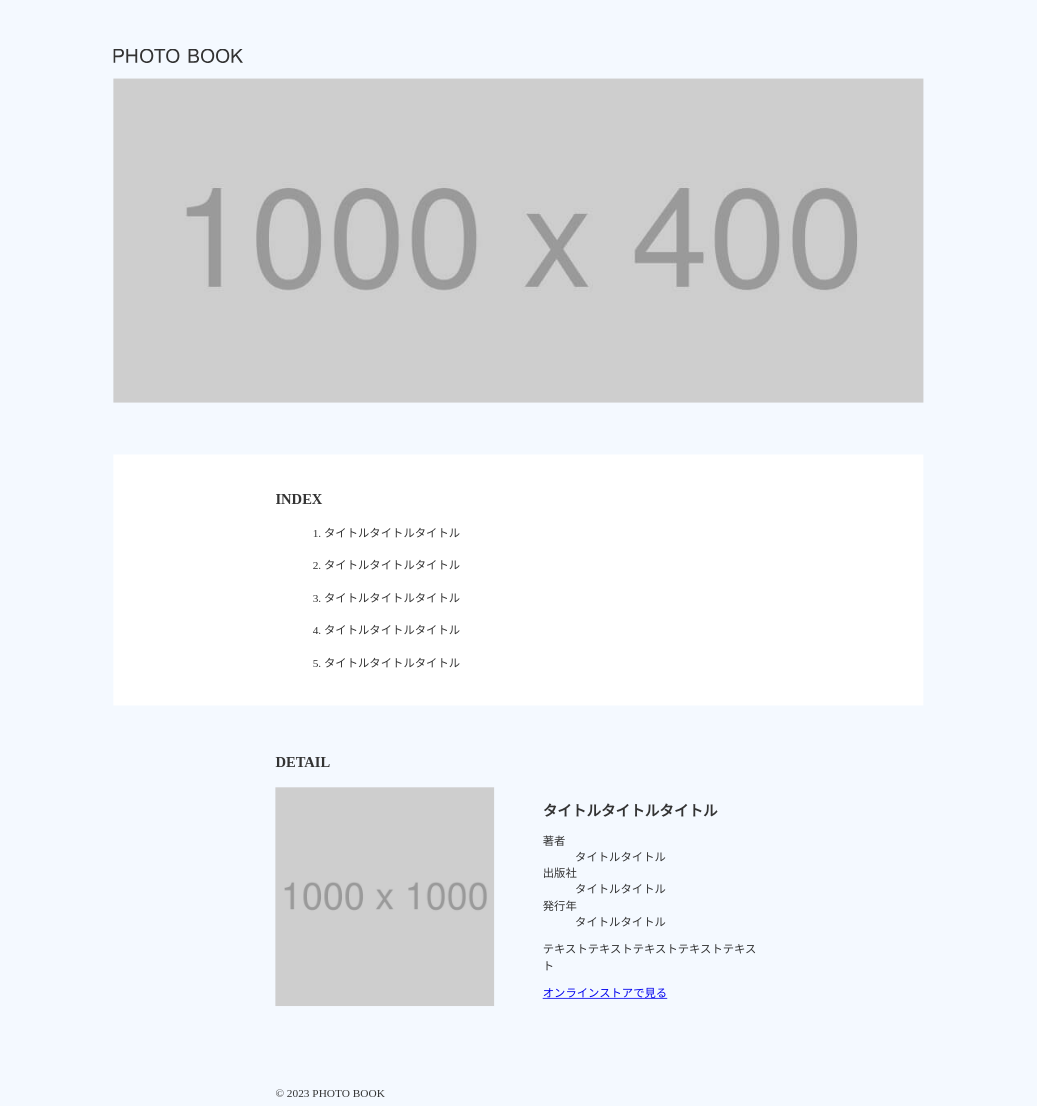
Repository: Fuki-san/photo-book-1
Page: http://localhost/photo
These files come from the project's save history. The page is drawn as it stood at one moment and after a run of saves; the edit follows.
The browser window is 1280 px wide. The pictures show the whole page, at 81% of full size.
The page is served by the project's Laravel application, run on PHP 8.4 with Laravel 10. Other server files are loaded and not shown.

Above is the page before, as saved 2023-11-29 18:54:51.

### routes/web.php
<?php

use Illuminate\Support\Facades\Route;

/*
|--------------------------------------------------------------------------
| Web Routes
|--------------------------------------------------------------------------
|
| Here is where you can register web routes for your application. These
| routes are loaded by the RouteServiceProvider and all of them will
| be assigned to the "web" middleware group. Make something great!
|
*/

Route::get('/', function () {
    return view('welcome');
});

Route::get('photo', function () {
    return view('photo');
});

### resources/views/photo.blade.php
@extends('layouts.main')

@section('title', 'photo')

@section('content')
    <div class="container">
        <header id="header">
            <h1 class="site-title"><a href="#"><img src="img/logo.svg" alt=""></a></h1>
        </header>

        <main>
            <div id="mainvisual">
                <img src="img/mainvisual.jpg" alt="">
            </div>
            <section id="index">
                <div class="inner">
                    <h2 class="sec-title">INDEX</h2>
                    <ol class="index-list">
                        <li>タイトルタイトルタイトル</li>
                        <li>タイトルタイトルタイトル</li>
                        <li>タイトルタイトルタイトル</li>
                        <li>タイトルタイトルタイトル</li>
                        <li>タイトルタイトルタイトル</li>
                    </ol>
                </div>
            </section>

            <section id="detail">
                <div class="inner">
                    <h2 class="sec-title">DETAIL</h2>
                    <div class="content">
                        <img src="img/detail.jpg" alt="">
                        <div class="text">
                            <h2 class="title">タイトルタイトルタイトル</h2>
                            <dl>
                                <dt>著者</dt>
                                <dd>タイトルタイトル</dd>
                                <dt>出版社</dt>
                                <dd>タイトルタイトル</dd>
                                <dt>発行年</dt>
                                <dd>タイトルタイトル</dd>
                            </dl>
                            <p>テキストテキストテキストテキストテキスト</p>
                            <a rel="noopener noreferrer" class="link" target="_blank" href="#">オンラインストアで見る</a>
                        </div>
                    </div>
                </div>
            </section>
        </main>

        <footer id="footer">
            <p class="inner">&copy; 2023 PHOTO BOOK</p>
        </footer>

    </div>
@endsection

### resources/views/layouts/main.blade.php
<!DOCTYPE html>
<html lang="ja">
<head>
    <meta charset="UTF-8">
    <meta name="viewport" content="width=device-width, initial-scale=1.0">
    <meta http-equiv="X-UA-Compatible" content="ie=edge">
    <link rel="stylesheet" href="{{ asset('css/reset.css') }}">
    <link rel="stylesheet" href="{{ asset('css/style.css') }}">
    <link rel="icon" href="img/favicon.ico">
    <title>@yield('title')</title>
</head>
<body>
    @yield('content')
</body>
</html>

### public/css/style.css
@charset "utf-8";

html{
    font-size: 100%;
}
body{
    font-size: 0.875rem;
    color: #333;
    background-color: #f4f9ff;
}
img{
    max-width: 100%;
    /* 画像は文字みたいに最初からサイズが決まっているわけではないので、
    (厳密にいえばテキストも同様で○○remと相対的なサイズにする)小さい画面サイズで
    はみ出したり、大きい画面サイズで余白ができるほど小さい画像にならないように、
    レスポンシブデザインを活かすため、max-width100%をしている */
}
.container{
    /* つまり.containerの子要素は本来、子のブロック要素は親要素と同じ幅になってmarigin autoなんて
    効かないが、1000pxの幅を超えたときに、containerがインライン要素と同じ感じに
    (block要素の幅100%でなく)1000pxという幅を持ち始め、それよりも大きい外側の部分を調整して
    marigin autoが効き、真ん中に来るようになる。
    端的に言えば↓の2つのコードは、幅が1000pxを超えたときに要素が真ん中に来るようにすること */
    /* .containerにも.innerにもmax-widthをする理由は、.innerの幅は
    .containerの1000pxを超えることがないが、それを超えて例えば1200pxのとき、
    .containerは200px分marginを取る。子のsection index(containerと同じ幅)も同様に1000pxcontentになり200px分は
    marginになる。このときでもinnerは600pxの幅を保ち、親のsection(1000px)に対して400px(左右200pxずつ)
    marginを取り、残りの200pxはそもそも範囲外でmarginでさえ対象外だから関係なし。
    つまり最初真ん中にindex要素を配置したいな→indexは600pxまでmainvisualと同じ幅で
    それ以上は画像だけ幅が伸びていく形(T型見たいなデザイン)にしようかな...でmax-widthとmargin autoが決まる */
    max-width: 1000px;
    margin: 0 auto;
}
.inner{
    margin: 0 auto;
    max-width: 600px;
}
.sec-title{
    font-size: 1.125rem;
    font-weight: bold;
    margin-bottom: 20px;
}
/* header */

#header{
    margin-top: 60px;
}
#header .site-title{
    width: 160px;
    /* h1の高さ(厳密にはborderlineだから、文字のaとかだとa文字がmainvisualと重なる。vertical-align bottomにすれば大丈夫だが...)をaやimgと合わせるため。 */
    line-height: 1px;
}
#header a{
    /* h1の範囲をaと合わせるため。これでクリックする範囲をh1と同じにした。
    aの高さはdisplayblockしてない状態だとh1と同じ高さだから、
    aも高さ変更必要でdisplay blockを使用 */
    display: block;
}
/* main */
#mainvisual{
    margin-bottom: 60px;
}
#index{
    background-color: #fff;
    padding: 30px 0;
    margin-bottom: 60px;
}
#index .index-list{
    margin-left: 20px;
}
#index .index-list li{
    margin-bottom: 20px;
}
#index .index-list li:last-child{
    margin-bottom: 0;
}
/* detaill */
#detail{
    margin-bottom: 100px;
}
.content{
    display: flex;
    align-items: flex-start;
}
#detail .content .title{
    font-size: 1.125rem;
    font-weight: bold;
}
#detail .content img{
    width: 270px;
    margin-right: 60px;
}

### public/img/logo.svg
<?xml version="1.0" encoding="utf-8"?>
<!-- Generator: Adobe Illustrator 15.1.0, SVG Export Plug-In . SVG Version: 6.00 Build 0)  -->
<!DOCTYPE svg PUBLIC "-//W3C//DTD SVG 1.1//EN" "http://www.w3.org/Graphics/SVG/1.1/DTD/svg11.dtd">
<svg version="1.1" id="レイヤー_1" xmlns="http://www.w3.org/2000/svg" xmlns:xlink="http://www.w3.org/1999/xlink" x="0px"
	 y="0px" width="1400px" height="156px" viewBox="0 0 1400 156" enable-background="new 0 0 1400 156" xml:space="preserve">
<g>
	<path fill="#333333" d="M0,152.092V2.65h56.373c9.92,0,17.498,0.477,22.731,1.428c7.34,1.223,13.49,3.552,18.451,6.982
		c4.96,3.433,8.953,8.241,11.978,14.425c3.022,6.185,4.536,12.98,4.536,20.387c0,12.709-4.043,23.463-12.129,32.264
		c-8.09,8.802-22.699,13.202-43.834,13.202h-38.33v60.754H0z M19.775,73.702h38.636c12.775,0,21.847-2.379,27.217-7.136
		c5.369-4.757,8.053-11.451,8.053-20.082c0-6.252-1.581-11.604-4.741-16.056c-3.16-4.45-7.324-7.391-12.487-8.817
		c-3.33-0.883-9.481-1.325-18.452-1.325H19.775V73.702z"/>
	<path fill="#333333" d="M139.859,152.092V2.65h19.776v61.367h77.677V2.65h19.775v149.441h-19.775V81.652h-77.677v70.439H139.859z"
		/>
	<path fill="#333333" d="M288.174,79.309c0-24.805,6.66-44.224,19.98-58.258C321.473,7.019,338.667,0,359.735,0
		c13.795,0,26.232,3.298,37.309,9.889c11.076,6.593,19.521,15.784,25.332,27.574c5.811,11.791,8.716,25.163,8.716,40.112
		c0,15.155-3.059,28.713-9.175,40.674c-6.116,11.961-14.781,21.016-25.993,27.166c-11.214,6.15-23.311,9.226-36.291,9.226
		c-14.067,0-26.641-3.398-37.717-10.194c-11.079-6.794-19.471-16.071-25.179-27.829C291.029,104.86,288.174,92.425,288.174,79.309z
		 M308.562,79.614c0,18.01,4.843,32.197,14.527,42.559c9.684,10.364,21.831,15.546,36.442,15.546
		c14.884,0,27.131-5.231,36.75-15.699c9.615-10.464,14.423-25.313,14.423-44.546c0-12.165-2.057-22.784-6.167-31.856
		c-4.112-9.071-10.126-16.106-18.043-21.101c-7.917-4.995-16.804-7.493-26.656-7.493c-14,0-26.046,4.81-36.137,14.425
		C313.608,41.065,308.562,57.121,308.562,79.614z"/>
	<path fill="#333333" d="M490.425,152.092V20.286h-49.237V2.65h118.451v17.636h-49.439v131.806H490.425z"/>
	<path fill="#333333" d="M570.14,79.309c0-24.805,6.658-44.224,19.979-58.258C603.438,7.019,620.632,0,641.7,0
		c13.794,0,26.23,3.298,37.309,9.889c11.076,6.593,19.522,15.784,25.331,27.574c5.813,11.791,8.717,25.163,8.717,40.112
		c0,15.155-3.059,28.713-9.176,40.674c-6.114,11.961-14.779,21.016-25.992,27.166s-23.311,9.226-36.291,9.226
		c-14.068,0-26.641-3.398-37.717-10.194c-11.078-6.794-19.47-16.071-25.179-27.829C572.994,104.86,570.14,92.425,570.14,79.309z
		 M590.526,79.614c0,18.01,4.843,32.197,14.527,42.559c9.685,10.364,21.83,15.546,36.442,15.546
		c14.883,0,27.132-5.231,36.748-15.699c9.615-10.464,14.424-25.313,14.424-44.546c0-12.165-2.057-22.784-6.166-31.856
		c-4.113-9.071-10.127-16.106-18.043-21.101c-7.918-4.995-16.804-7.493-26.658-7.493c-14,0-26.044,4.81-36.136,14.425
		C595.572,41.065,590.526,57.121,590.526,79.614z"/>
	<path fill="#333333" d="M812.43,152.092V2.65h56.066c11.416,0,20.573,1.514,27.472,4.537c6.896,3.024,12.3,7.68,16.209,13.966
		c3.907,6.286,5.861,12.861,5.861,19.724c0,6.39-1.732,12.404-5.198,18.044c-3.467,5.641-8.7,10.193-15.7,13.659
		c9.039,2.65,15.987,7.172,20.848,13.558c4.857,6.389,7.289,13.933,7.289,22.631c0,7-1.479,13.506-4.435,19.521
		c-2.957,6.016-6.612,10.652-10.958,13.915c-4.352,3.261-9.806,5.726-16.363,7.391c-6.558,1.666-14.593,2.497-24.106,2.497H812.43z
		 M832.206,65.444h32.313c8.768,0,15.053-0.576,18.859-1.733c5.027-1.493,8.818-3.975,11.366-7.439
		c2.548-3.468,3.822-7.815,3.822-13.049c0-4.961-1.188-9.328-3.567-13.099c-2.38-3.773-5.776-6.354-10.192-7.748
		c-4.419-1.393-11.997-2.09-22.733-2.09h-29.868V65.444z M832.206,134.457h37.208c6.386,0,10.872-0.237,13.455-0.715
		c4.552-0.814,8.358-2.173,11.417-4.077c3.058-1.901,5.571-4.672,7.544-8.308c1.971-3.634,2.956-7.832,2.956-12.589
		c0-5.571-1.428-10.414-4.281-14.526c-2.854-4.111-6.814-6.999-11.876-8.665c-5.063-1.664-12.354-2.497-21.865-2.497h-34.558
		V134.457z"/>
	<path fill="#333333" d="M946.479,79.309c0-24.805,6.659-44.224,19.979-58.258C979.776,7.019,996.972,0,1018.039,0
		c13.794,0,26.23,3.298,37.309,9.889c11.077,6.593,19.521,15.784,25.331,27.574c5.812,11.791,8.717,25.163,8.717,40.112
		c0,15.155-3.058,28.713-9.175,40.674s-14.781,21.016-25.994,27.166s-23.311,9.226-36.29,9.226
		c-14.068,0-26.641-3.398-37.717-10.194c-11.078-6.794-19.47-16.071-25.18-27.829C949.332,104.86,946.479,92.425,946.479,79.309z
		 M966.865,79.614c0,18.01,4.842,32.197,14.526,42.559c9.685,10.364,21.83,15.546,36.442,15.546
		c14.884,0,27.133-5.231,36.749-15.699c9.615-10.464,14.424-25.313,14.424-44.546c0-12.165-2.057-22.784-6.166-31.856
		c-4.113-9.071-10.127-16.106-18.044-21.101c-7.917-4.995-16.803-7.493-26.657-7.493c-14.001,0-26.044,4.81-36.136,14.425
		C971.91,41.065,966.865,57.121,966.865,79.614z"/>
	<path fill="#333333" d="M1108.865,79.309c0-24.805,6.66-44.224,19.979-58.258C1142.163,7.019,1159.357,0,1180.426,0
		c13.794,0,26.23,3.298,37.31,9.889c11.076,6.593,19.521,15.784,25.332,27.574c5.811,11.791,8.715,25.163,8.715,40.112
		c0,15.155-3.059,28.713-9.175,40.674c-6.115,11.961-14.779,21.016-25.993,27.166s-23.312,9.226-36.29,9.226
		c-14.068,0-26.642-3.398-37.719-10.194c-11.078-6.794-19.469-16.071-25.177-27.829
		C1111.719,104.86,1108.865,92.425,1108.865,79.309z M1129.254,79.614c0,18.01,4.842,32.197,14.525,42.559
		c9.684,10.364,21.831,15.546,36.442,15.546c14.882,0,27.131-5.231,36.749-15.699c9.615-10.464,14.424-25.313,14.424-44.546
		c0-12.165-2.057-22.784-6.167-31.856c-4.113-9.071-10.127-16.106-18.043-21.101c-7.917-4.995-16.804-7.493-26.658-7.493
		c-13.999,0-26.044,4.81-36.135,14.425C1134.298,41.065,1129.254,57.121,1129.254,79.614z"/>
	<path fill="#333333" d="M1276.45,152.092V2.65h19.776V76.76l74.211-74.109h26.81l-62.691,60.552l65.444,88.89h-26.096
		l-53.213-75.638l-24.465,23.854v51.784H1276.45z"/>
</g>
</svg>

After the next 2 saves:
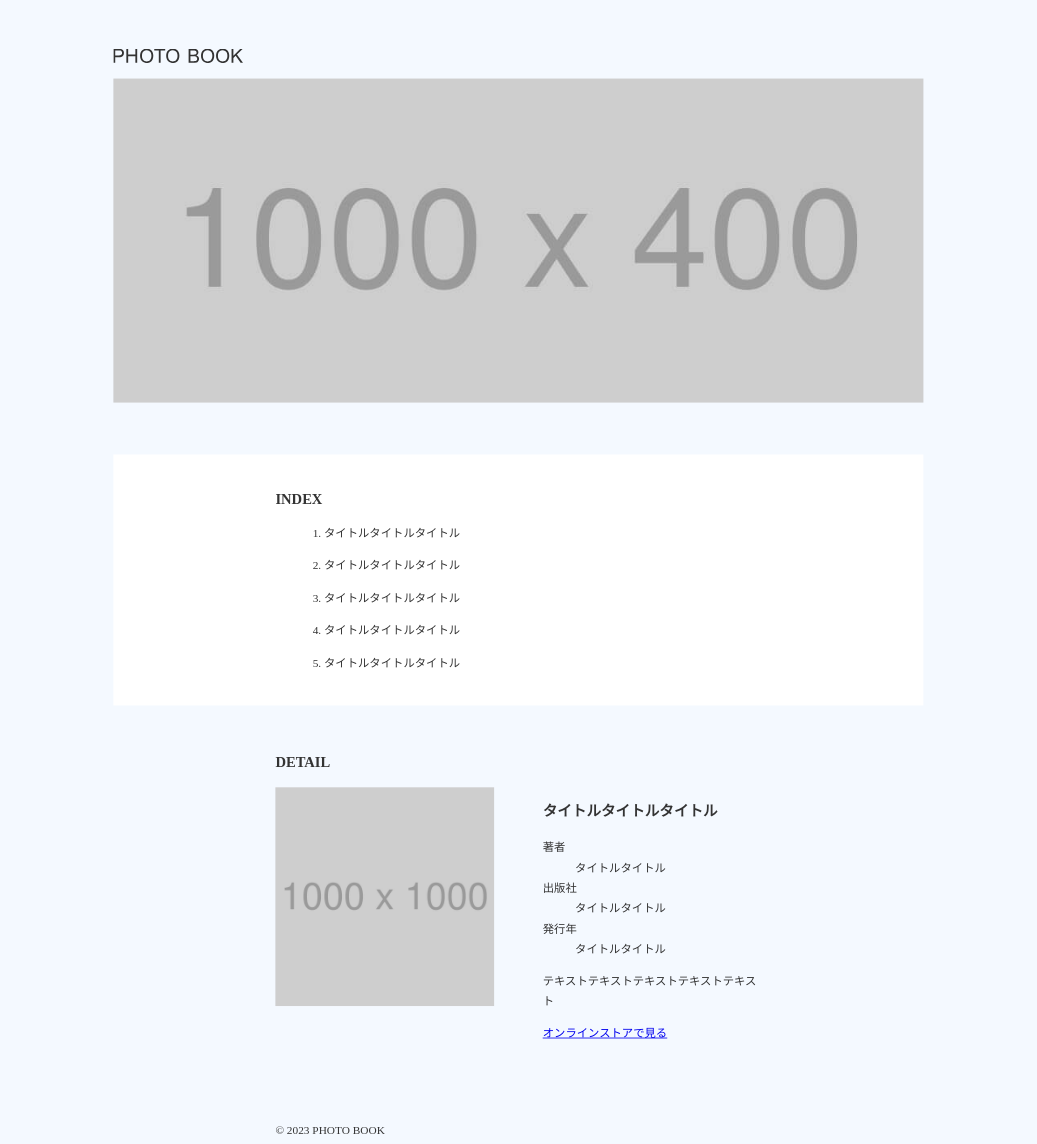
The 2 saves are shown as one change because they came seconds apart.
The last was saved 8 min 17 s later.
--- a/public/css/style.css
+++ b/public/css/style.css
@@ -90,3 +90,7 @@ img{
     width: 270px;
     margin-right: 60px;
 }
+#detail .content .text{
+    font-size: 0.875rem;
+    line-height: 1.8;
+}

After the save that followed:
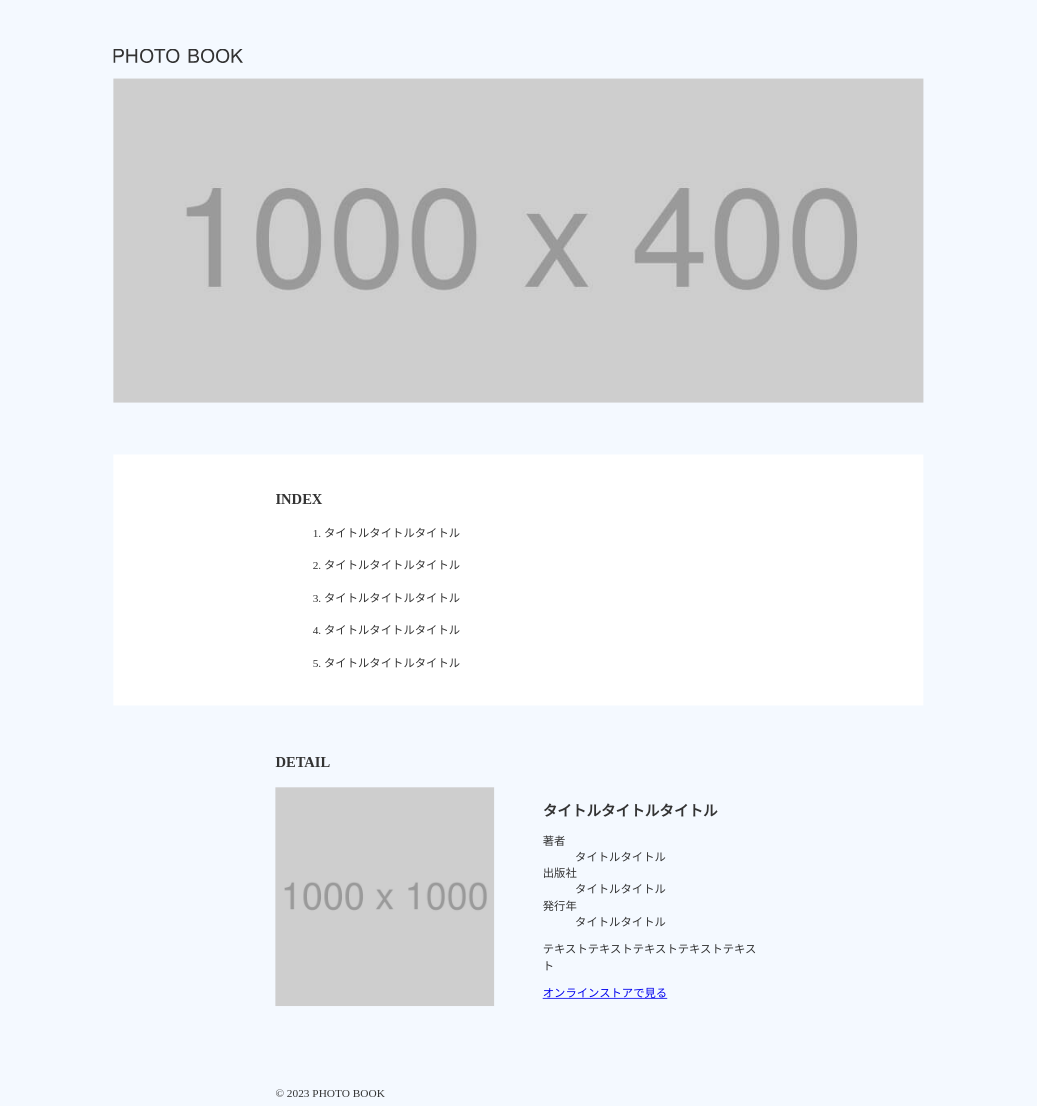
Saved 4 s later.
--- a/public/css/style.css
+++ b/public/css/style.css
@@ -91,6 +91,5 @@ img{
     margin-right: 60px;
 }
 #detail .content .text{
-    font-size: 0.875rem;
-    line-height: 1.8;
+
 }
